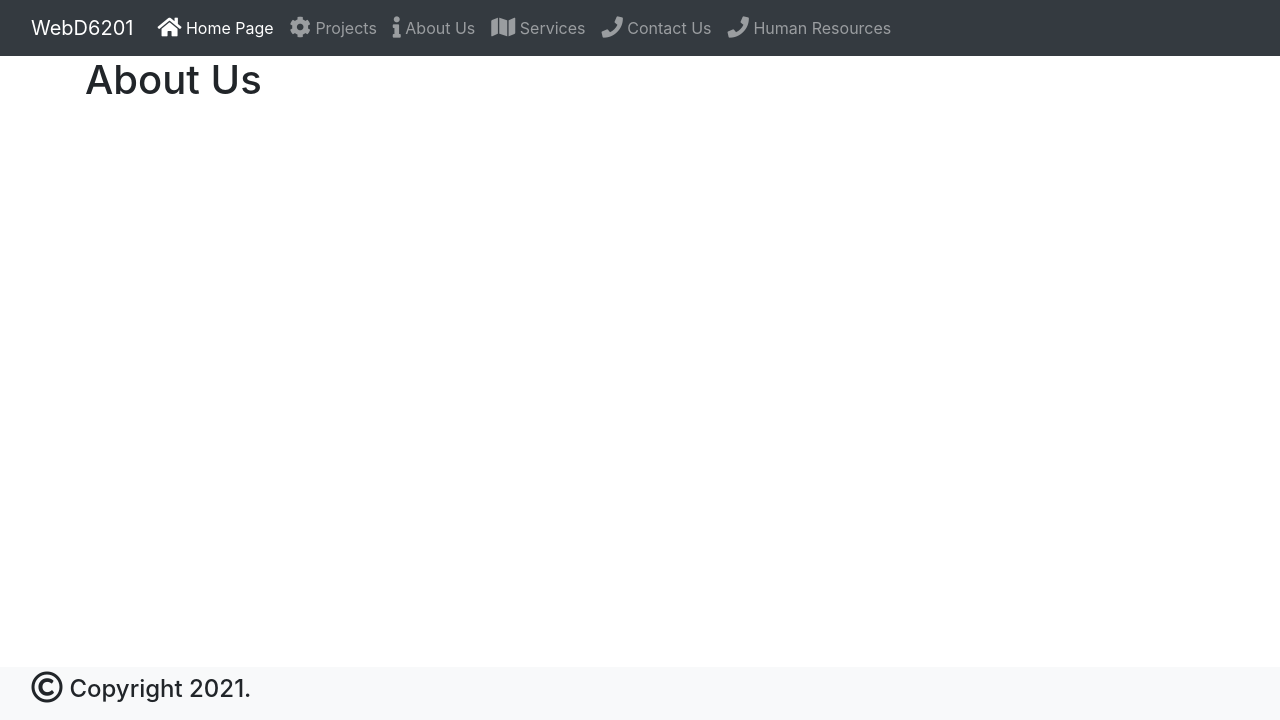
Repository: arbin6ix/ICE-2
Page: about.html
An editor plug-in stored every save of this project. The page is shown before and after the next save, followed by the edit.
The browser window is 1280 px wide. The pictures show the whole page.

Above is the page before, as saved 2021-02-05 22:56:33.

### about.html
<!DOCTYPE html>
<html lang="en">
<head>
    <meta charset="UTF-8">
    <meta name="viewport" content="width=device-width, initial-scale=1.0">
    <title>About</title>
    <!-- CSS Section -->
    <link rel="stylesheet" href="./node_modules/bootstrap/dist/css/bootstrap.min.css">
    <link rel="stylesheet" href="./node_modules/@fortawesome/fontawesome-free/css/all.min.css">
    <link rel="stylesheet" href="./Content/app.css">
</head>
<body>
    <!-- Main Header -->
    <header>
       <!-- Main Navigation -->
       <nav class="navbar navbar-expand-lg navbar-dark bg-dark">
        <div class="container-fluid">
          <a class="navbar-brand" href="about.html">WebD6201</a>
          <button class="navbar-toggler" type="button" data-bs-toggle="collapse" data-bs-target="#navbarSupportedContent" aria-controls="navbarSupportedContent" aria-expanded="false" aria-label="Toggle navigation">
            <span class="navbar-toggler-icon"></span>
          </button>
          <div class="collapse navbar-collapse" id="navbarSupportedContent";>
            <ul class="navbar-nav me-auto mb-2 mb-lg-0">
              <li class="nav-item">
                <a class="nav-link active" aria-current="page" href="index.html"><i class="fas fa-home fa-lg"></i> Home Page</a>
              </li>

              <li class="nav-item">
                <a class="nav-link" aria-current="page" href="projects.html"><i class="fas fa-cog fa-lg"></i> Projects</a>
              </li>

              <li class="nav-item">
                <a class="nav-link" aria-current="page" href="about.html"><i class="fas fa-info fa-lg"></i> About Us</a>
              </li>

              <li class="nav-item">
                <a class="nav-link" aria-current="page" href="services.html"><i class="fas fa-map fa-lg"></i> Services</a>
              </li>

              <li class="nav-item">
                <a class="nav-link" aria-current="page" href="contact.html"><i class="fas fa-phone fa-lg"></i> Contact Us</a>
              </li>

              <li class="nav-item">
                <a class="nav-link" aria-current="page" href="human-resources.html"><i class="fas fa-phone fa-lg"></i> Human Resources</a>
              </li>
            </ul>
          </div>
        </div>
      </nav>
</header>

    <!-- Main Content -->
    <main class="container">
        <h1>About Us</h1>
    </main>

    <!-- Main Footer -->
    <footer>
        <nav class="navbar fixed-bottom navbar-light bg-light">
            <div class="container-fluid">
              <h4><i class="far fa-copyright fa-lg"></i> Copyright 2021.</h4>
            </div>
          </nav>
    </footer>

    <!-- Script Section-->
    <script src="./node_modules/jquery/dist/jquery.min.js"></script>
    <script src="./node_modules/bootstrap/dist/js/bootstrap.bundle.min.js"></script>
    <script src="./Scripts/app.js"></script>
</body>
</html>

### Scripts/app.js
/* custom JavaScript goes here */

//IIFE - Immediately Invoked Function Expression
//AKA - Anonymous Self-Executing Function
//Closure - limits scope leak

"use strict";
//Contact Class


(function()
{
    function displayHome()
    {
        let paragraphOneText =
          "This is a simple site to demonstrate DOM Manipulation for ICE 2";

        let paragraphOneElement = document.getElementById("paragraphOne");

        paragraphOneElement.textContent = paragraphOneText;
        paragraphOneElement.className = "fs-5";

        // Step 1. document.createElement
        let newParagraph = document.createElement("p");
        // Step 2. configure the element
        newParagraph.setAttribute("id", "paragraphTwo");
        newParagraph.textContent = "...And this is paragraph two";
        // Step 3. select the parent element
        let mainContent = document.getElementsByTagName("main")[0];
        // Step 4. Add / Insert the element
        mainContent.appendChild(newParagraph);

        newParagraph.className = "fs-6";

        // another way of injecting content
        let paragraphDiv = document.createElement("div");
        let paragraphThree = `<p id="paragraphThree" class="fs-7 fw-bold">And this is the Third Paragraph</p>`;
        paragraphDiv.innerHTML = paragraphThree;

        // insertions

        // example of inserting before a node
        //newParagraph.before(paragraphDiv);

        // example of inserting after a node
        newParagraph.after(paragraphDiv);

        // deletions

        // example of removing a single element
        //paragraphOneElement.remove();

        // example of removeChild
        mainContent.removeChild(paragraphOneElement);

        // update / modification
        //mainContent.firstElementChild.textContent = "Welcome Home!";

        mainContent.innerHTML = `<h1 id="firstHeading">Welcome to WEBD6201 - Lab 1</h1>
         <p id="paragraphOne" class="fs-3 fw-bold">This is my first Paragraph</p>
        `;

    }

    function displayAbout()
    {

    }

    function displayProjects()
    {

    }

    function displayServices()
    {

    }

    function displayContact()
    {
        let messageArea = document.getElementById("messageArea");
        messageArea.hidden = true;

        // form validation
        let fullName = document.getElementById("fullName");
        fullName.addEventListener("blur", function() {
            if(fullName.value.length < 2)
            {
                fullName.focus();
                fullName.select();
                messageArea.hidden = false;
                messageArea.className = "alert alert-danger";
                messageArea.textContent = "Please enter an appropriate Name";
            }
            else
            {
                messageArea.removeAttribute("class");
                messageArea.hidden = true;
            }
        });

        let sendButton = document.getElementById("sendButton");
        sendButton.addEventListener("click", function(event){
            //event.preventDefault();


            let contact = new Contact(fullName.value, contactNumber.value, emailAddress.value);
              localStorage.setItem((localStorage.length + 1).toString(), contact.serialize());







        });
    }

    function displayContactList()
    {
      if (localStorage.length > 0)
      {
        let contactList = document.getElementById("contactList");

        let data = "";

        for (let index = 0; index < localStorage.length; index++)
        {
          let contactData = localStorage.getItem((index + 1).toString());

          let contact = new Contact();
          contact.deserialize(contactData);

          data += `<tr>
          <th scope="row">${index + 1}</th>
          <td>${contact.FullName}</td>
          <td>${contact.ContactNumber}</td>
          <td>${contact.EmailAddress}</td>
        </tr>`;
        }

        contactList.innerHTML = data;
      }
    }



    function Start()
    {
        console.log("App Started...");

        switch (document.title)
        {
          case "Home":
              displayHome();
            break;
          case "About":
              displayAbout();
            break;
          case "Projects":
              displayProjects();
            break;
          case "Services":
              displayServices();
            break;
          case "Contact":
              displayContact();
            break;
          case "Contact-List":
            displayContactList();
          break;
        }

    }

    window.addEventListener("load", Start);

})();

Loaded but not shown: node_modules/bootstrap/dist/css/bootstrap.min.css (library); node_modules/@fortawesome/fontawesome-free/css/all.min.css (library); Content/app.css (common file); node_modules/jquery/dist/jquery.min.js (library); node_modules/bootstrap/dist/js/bootstrap.bundle.min.js (library)

After the next save:
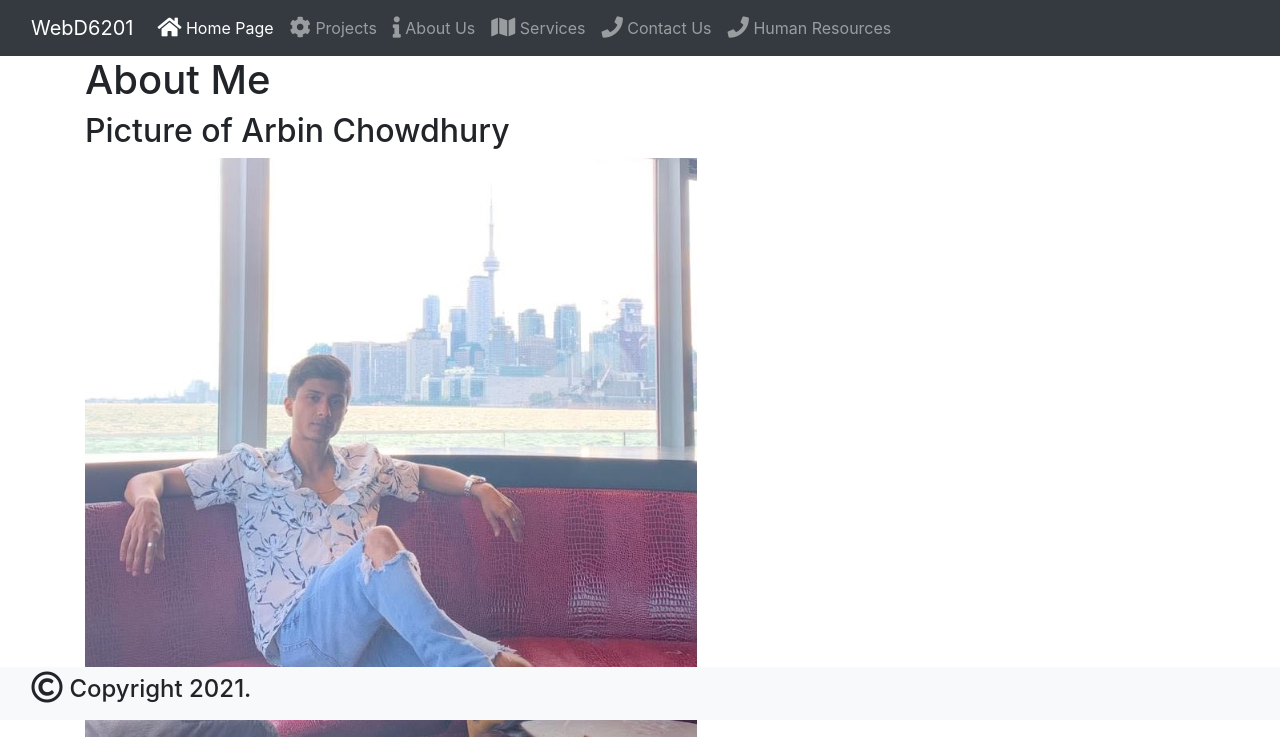
Saved 4 min 18 s later.
--- a/about.html
+++ b/about.html
@@ -52,7 +52,10 @@
 
     <!-- Main Content -->
     <main class="container">
-        <h1>About Us</h1>
+        <h1>About Me</h1>
+        <h2>Picture of Arbin Chowdhury</h2>
+        <img src="images/me.jpg">
+
     </main>
 
     <!-- Main Footer -->
